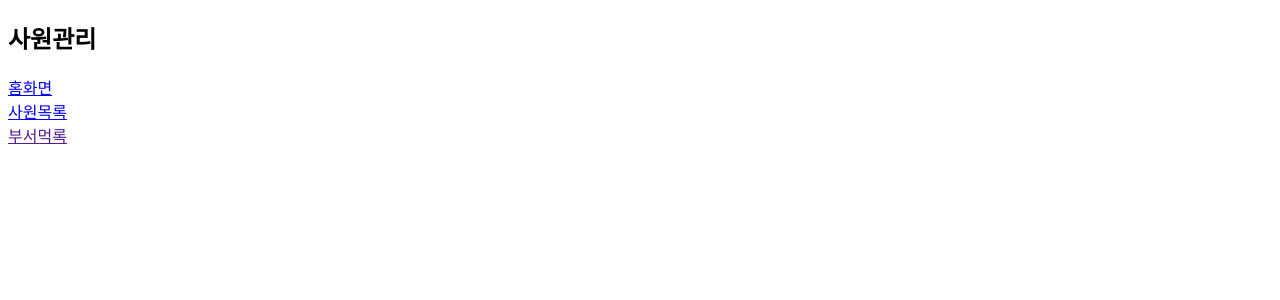
Repository: KimHyeonJun1/Study_Web302
Page: 02.Servlet02/src/main/webapp/employee/index.html
These files come from the project's save history. The page is drawn as it stood at one moment and after the next save; the edit follows.
The browser window is 1280 px wide. The pictures show the whole page.

Above is the page before, as saved 2024-06-21 07:47:40.

### 02.Servlet02/src/main/webapp/employee/index.html
<!DOCTYPE html>
<html>
<head>
<meta charset="UTF-8">
<title>Insert title here</title>
</head>
<body>
<h2>사원관리</h2>


<div><a href="../">홈화면</a></div>
<div><a href="employeeList">사원목록</a></div>
<div><a href="">부서먹록</a></div>
</body>
</html>

After the next save:
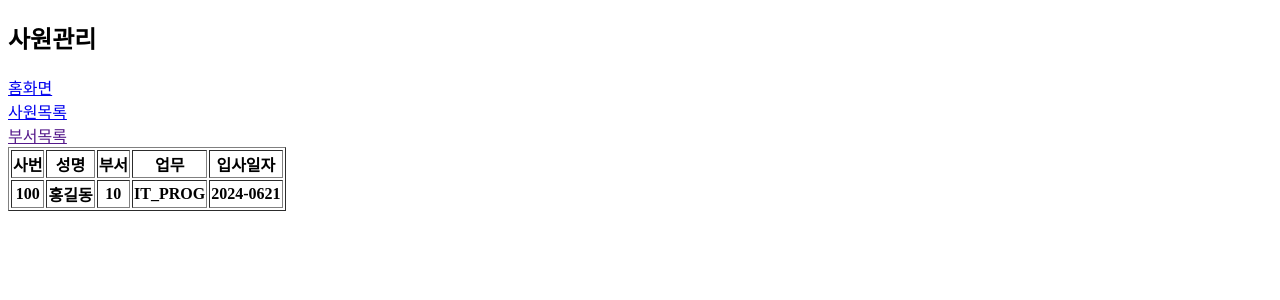
Saved 2 min 49 s later.
--- a/02.Servlet02/src/main/webapp/employee/index.html
+++ b/02.Servlet02/src/main/webapp/employee/index.html
@@ -10,6 +10,12 @@
 
 <div><a href="../">홈화면</a></div>
 <div><a href="employeeList">사원목록</a></div>
-<div><a href="">부서먹록</a></div>
+<div><a href="">부서목록</a></div>
+
+<table border='1'>
+<tr><th>사번</th><th>성명</th><th>부서</th><th>업무</th><th>입사일자</th></tr>
+<tr><th>100</th><th>홍길동</th><th>10</th><th>IT_PROG</th><th>2024-0621</th></tr>
+</table>
+
 </body>
 </html>
